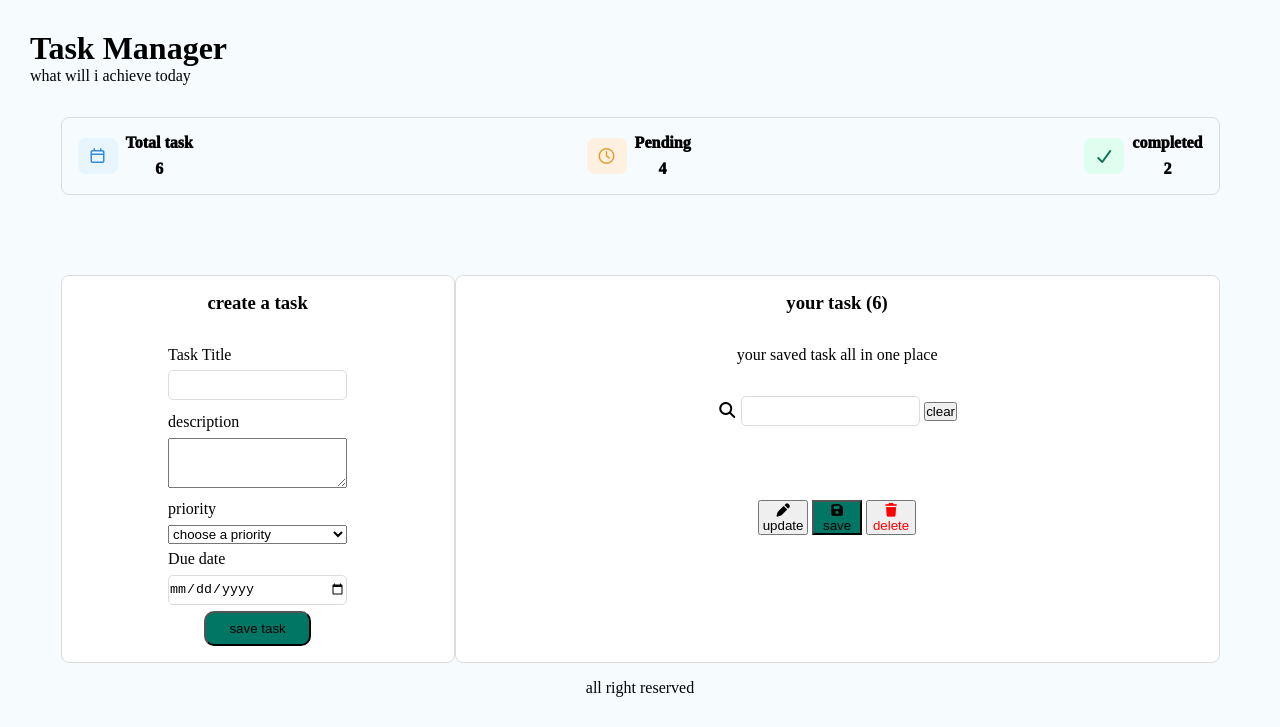
Repository: XDENTERTAINMENT/task-manager-groupwork
Page: index.html
These files come from the project's save history. The page is drawn as it stood at one moment and after the next save; the edit follows.
The browser window is 1280 px wide. The pictures show the whole page.

Above is the page before, as saved 2026-10-30 21:58:16.

### index.html
<!doctype html>
<html lang="en">
  <head>
    <meta charset="UTF-8" />
    <meta name="viewport" content="width=device-width, initial-scale=1.0" />
    <title>Personal-Task-Manager</title>
    <link
      rel="stylesheet"
      href="https://cdnjs.cloudflare.com/ajax/libs/font-awesome/7.3.1/css/all.min.css"
      integrity="sha512-QeR2VH+lsBE5LSAe1Q5EnTBbe7XTBubt8dG93Y7gidSgdMCr8nVqKcfKAMyN96SV8KDbZVTDXChatu5G2KQGzg=="
      crossorigin="anonymous"
      referrerpolicy="no-referrer"
    />
    <link rel="stylesheet" href="style.css" />
  </head>
 <body>
    <header>
      <h1>Task Manager</h1>
      <p>what will i achieve today</p>
    </header>
    <!-- the main -->
    <main>
      <section class="section1">
        <div>
          <div class="icon1"><i class="fa-regular fa-calendar"></i></div>
          <div class="section-1-child">
            <p>Total task</p>
            <p id="total-task">6</p>
          </div>
        </div>

        <div>
          <div class="icon2"><i class="fa-regular fa-clock"></i></div>
          <div class="section-1-child">
            <p>Pending</p>
            <p id="pending-task">4</p>
          </div>
        </div>

        <div>
          <div class="icon3"><i class="fa-solid fa-check"></i></div>
          <div class="section-1-child">
            <p>completed</p>
            <p id="completed-task">2</p>
          </div>
        </div>
      </section>

      <!-- section 2 -->
      <section class="section2">
        <!-- the create task section -->
        <div class="create-tax">
          <h3>create a task</h3>

          <form id="taskform">
            <label for="tasktitle">
              Task Title
            </label>
            <input type="text" id="taskTitle" />
            <p  class="errormsg" id="titleError"></p>

            <label for="taskdesc">
              description
            </label>
            <textarea class="textarea" id="taskDesc"></textarea>
            <p  class="errormsg"  id="descError"></p>

            <label for="priority">
              priority
            </label>
            <select id="choose">
                <option value="">choose a priority</option>
                <option value="High">High</option>
                <option value="Medium">Medium</option>
                <option value="low">low</option>
              </select>

            <label for="date">
              Due date
            </label>
            <input id="dateId" type="date"/>

            <button    type="submit"   class="form-button" >save task</button>
          </form>
        </div>

        <!-- task mapping -->

        <div class="task-mapping">
          <h3>your task (6)</h3>
          <p>your saved task all in one place</p>
          <div>
            <i class="fa-solid fa-magnifying-glass"></i>
            <input type="search" />

            <button class="clear" id="cleardata"> clear</button>
          </div>

          <!-- the card -->
          <div class="card">
            <!-- <input type="checkbox" /> -->
            <div id="container"  class="containers"></div>

          </div>
          <!-- the inline editing -->
          <div class="inline-button">
            <button>
              <div><i class="fa-solid fa-pen"></i></div>
              update
            </button>
            <button class="save">
              <div><i class="fa-solid fa-floppy-disk"></i></div>
              save
            </button>
            <button class="delete">
              <div class="trash"><i class="fa-solid fa-trash"></i></div>
              delete
            </button>
          </div>
        </div>
      </section>
    </main>

    <!-- the footer -->
    <footer>all right reserved</footer>

    <script src="script.js"></script>
  </body>
</html>

### style.css
* {
  margin: 0;
  padding: 0;
  box-sizing: border-box;
}

body {
  background-color: #f6fbfe;
  padding: 30px;
}

section {
  width: 95%;
}

main {
  display: flex;
  flex-direction: column;
  align-items: center;
}

.section1 {
  display: flex;
  flex-direction: row;
  justify-content: space-between;
  margin-top: 2rem;
   border: 1px solid gainsboro;
  padding: 1rem;
  border-radius: 8px;
}

.section2 {
  display: flex;
  justify-content: space-between;
  margin-top: 5rem;
}
/* .section2 div{
 background-color:#fdfdfd;
} */

input {
  border-radius: 5px;
  height: 30px;
   border: 1px solid gainsboro;
}

.textarea{
    height: 50px;
   overflow-y: auto;
  white-space: pre-wrap;
}
form {
  display: grid;
  gap: 0.4rem;
}

.form-button {
  display: flex;
  flex-direction: column;
  background-color: #017664;
  border-radius: 10px;
  width: 60%;
  justify-content: center;
  height: 35px;
  align-items: center;
  justify-self: center;
}

.save {
  background-color: #017664;
}

.inline-button {
  padding: 10px;
}
.inline-button button {
  height: 35px;
  width: 50px;
}


.task-container {
  display: grid;
}

.task-mapping {
  background-color: white;
  align-items: center;
  display: flex;
  flex-direction: column;
  gap: 2rem;
  border: 1px solid gainsboro;
  padding: 1rem;
  border-radius: 8px;
  width: 68%;
}

.create-tax {
  background-color: white;
  align-items: center;
  display: flex;
  flex-direction: column;
  gap: 2rem;
  border: 1px solid gainsboro;
  padding: 1rem;
  border-radius: 8px;
  width: 35%;
}

.section1 div {
  display: flex;
  gap: 0.5rem;
  border-radius: 8px;
  font-weight: 1000;
  align-items: center;
}



.section-1-child {
  display: flex;
  flex-direction: column;
}

.icon1 {
  background-color: #e8f5fc;
  color: #358cda;
  padding: 10px;
}

.icon2 {
  background-color: #fef1e1;
  color: #e19f2e;
  padding: 10px;
}
.icon3 {
  background-color: #dffeef;
  color: #13775b;
  padding: 10px;
}

.trash{
    color:red;
}
.delete{
    color:red;
}

.containers{
 display: grid;
 grid-template-columns: repeat(2,1fr);
 gap:1px;
 width: 100%;
 align-items: center;

}

.taskmapping{

  display: grid;
 grid-template-columns: repeat(2,1fr);
 gap:1px;
 border: 1px solid gainsboro;
 padding: 10px;
 text-align: center;
  width: 100%;

}



.taskmapping div{
  width: 100%;

}
/* task card data */

.title{

  border: 1px solid gainsboro;
}
.description{
 border: 1px solid gainsboro;
}
.priority{
border: 1px solid gainsboro;
}
.date{
border: 1px solid gainsboro;
}


footer {
  margin-top: 1rem;
  text-align: center;
}


.errormsg{
  color:red;
}

/* mobile styling */

@media (max-width: 600px) {
   header{
      text-align: center;
   }
  .section1 div {
  display: flex;
  flex-direction:column ;
}

  .section2 {
    display: flex;
    flex-direction: column;
  }

  .create-tax {
    width: 100%;
    align-items: center;
  }

  .task-mapping {
    margin-top: 20px;
    width: 100%;
    align-items: center;
  }

  .containers{

 grid-template-columns: repeat(1,1fr);
 gap:10px;

}

}

### script.js
const taskForm = document.getElementById("taskform");
const taskTitleInput = document.getElementById("taskTitle");
const taskDescInput = document.getElementById("taskDesc");
const titleError = document.getElementById("titleError");
const descError = document.getElementById("descError");
const choose = document.getElementById("choose");
const date = document.getElementById("dateId");
const container = document.getElementById("container");
const cleardata = document.getElementById("cleardata");

const handleSubmit = (e) => {
  e.preventDefault();

  const task = {
    titles: taskTitleInput.value.trim(),
    description: taskDescInput.value.trim(),
    level: choose.value,
    time: date.value,
  };

  console.log(task);

  const { titles, description } = task;

  titleError.textContent = "";
  descError.textContent = "";

  if (titles === "") {
    titleError.textContent = "input can not be empty";
  } else if (titles.length < 5) {
    titleError.textContent = "characters should not be less than 5";
  } else if (description === "") {
    descError.textContent = " input can not be empty";
  } else if (description.length < 10) {
    descError.textContent = "characters should not be less than 10";
  } else {
    saveTask(task);
    renderTask();
    taskForm.reset();
  }
};

function saveTask(task) {
  const tasks = JSON.parse(localStorage.getItem("Mytask")) || [];
  tasks.push(task);
  localStorage.setItem("Mytask", JSON.stringify(tasks));
}

function getTask() {
  return JSON.parse(localStorage.getItem("Mytask")) || [];
}

function clearData() {
  localStorage.clear("Mytask");
}

function renderTask() {
  const render = getTask();

  const validTasks = render.filter((data) => data !== null);

  container.innerHTML = validTasks
    .map(
      (data) => `<div class="taskmapping">
   <div>
   <p>Title</p>
    <h3 class=title>${data.titles}</h3>
    </div>
   <div>
   <p>Description</p>
    <p class="description">${data.description}</p>
   </div>
   <div>
   <p>Priority</p>
    <p  class="priority">${data.level}</p>
   </div>
   <div>
   <p>Due date</p>
    <p  class="date">${data.time}</p>
   </div>




  </div>`,
    )
    .join("");
  return validTasks;
}

console.log(renderTask);

cleardata.addEventListener("click", clearData);
taskForm.addEventListener("submit", handleSubmit);

After the next save:
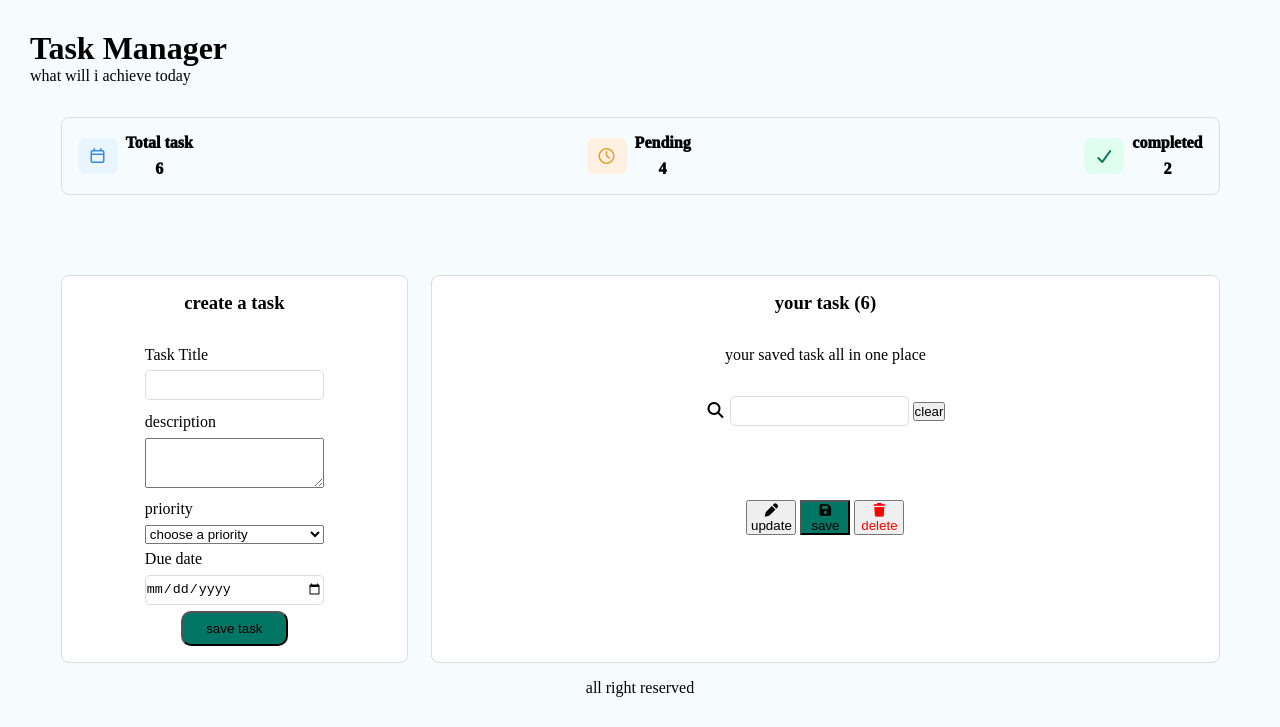
Saved 4 s later.
--- a/style.css
+++ b/style.css
@@ -104,7 +104,7 @@ form {
   border: 1px solid gainsboro;
   padding: 1rem;
   border-radius: 8px;
-  width: 35%;
+  width: 30%;
 }
 
 .section1 div {
